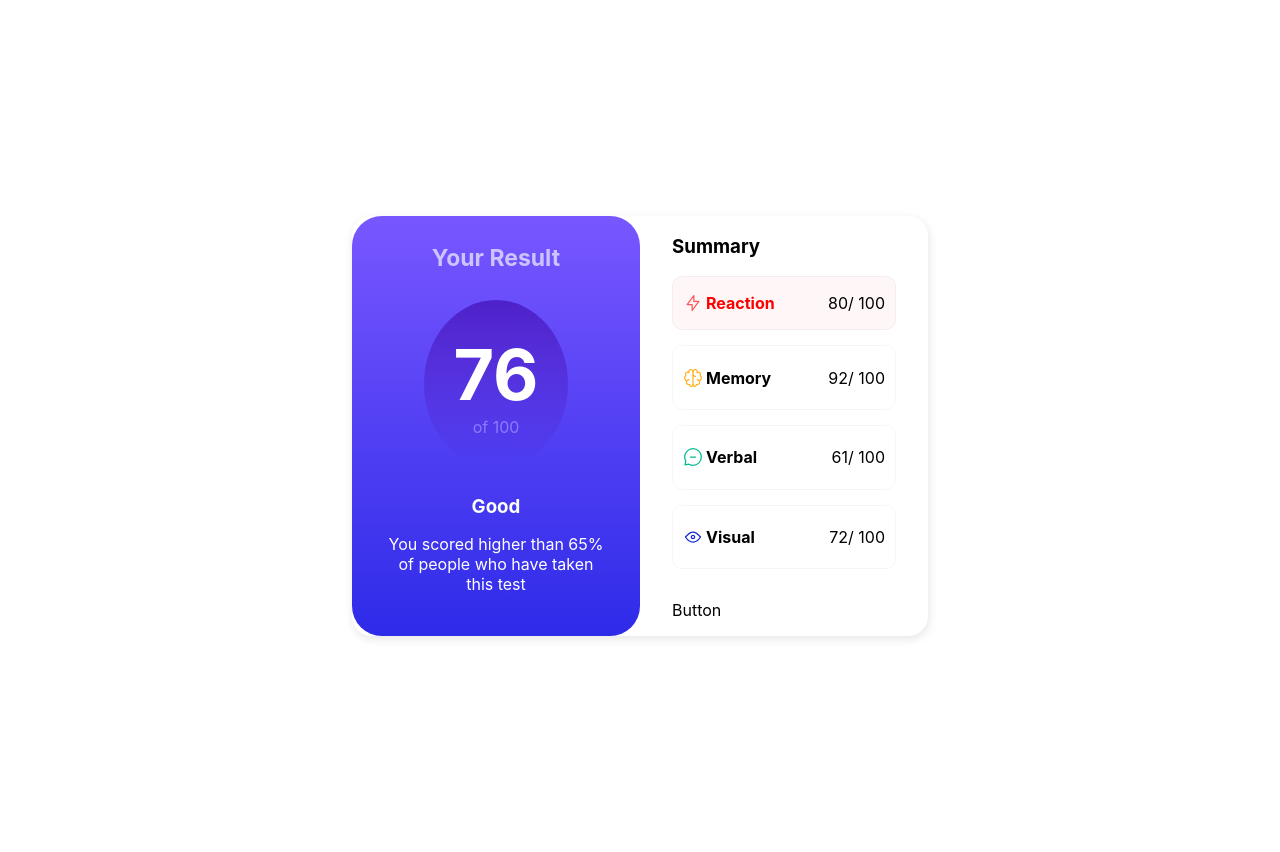
Repository: JeanPaulBassil/Result-Summary-Design
Page: /
An editor plug-in stored every save of this project. The page is shown before and after the next save, followed by the edit.
The browser window is 1280 px wide. The pictures show the whole page.
The project was rebuilt for these pictures with package versions that can differ from the ones it lists, and the page was loaded fresh each time.

Above is the page before, as saved 2023-02-24 17:58:14.

After the next save:
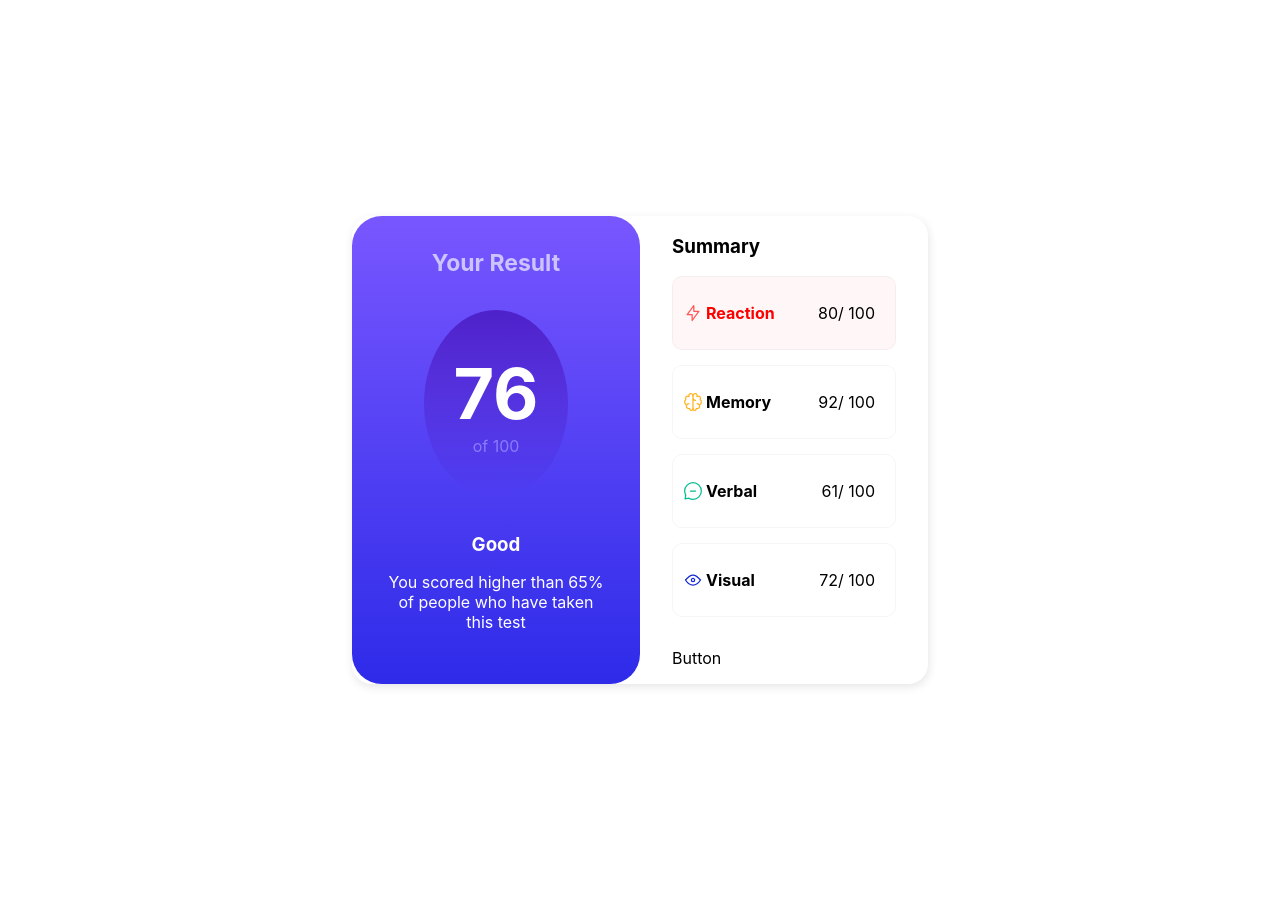
Saved 4 s later.
--- a/src/Components/Summary/Summary.css
+++ b/src/Components/Summary/Summary.css
@@ -30,7 +30,7 @@
 
 .secGrade{
     /* display: inline; */
-    margin:
+    margin: 10px
 }
 
 .red {

After the save that followed:
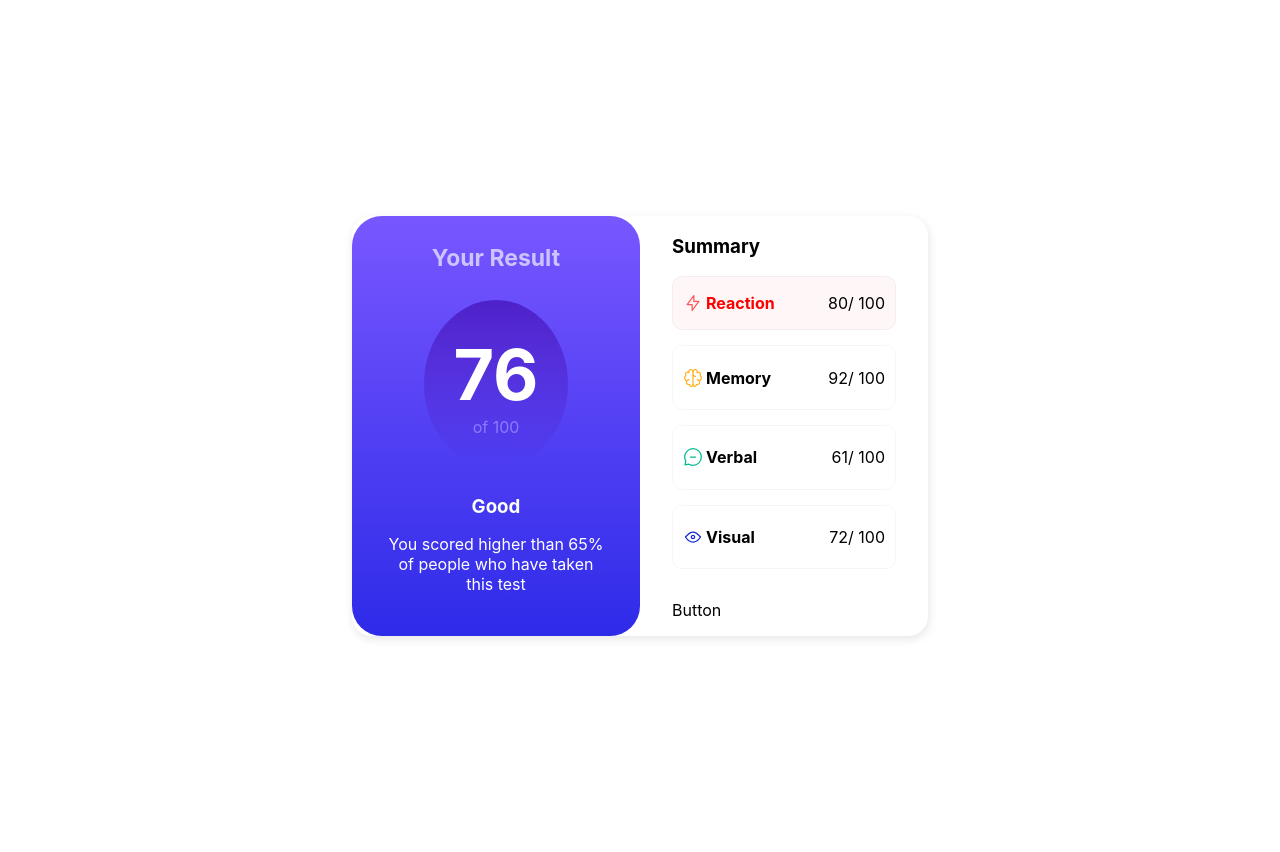
Saved 4 s later.
--- a/src/Components/Summary/Summary.css
+++ b/src/Components/Summary/Summary.css
@@ -30,7 +30,7 @@
 
 .secGrade{
     /* display: inline; */
-    margin: 10px
+    /* margin: 10px */
 }
 
 .red {
